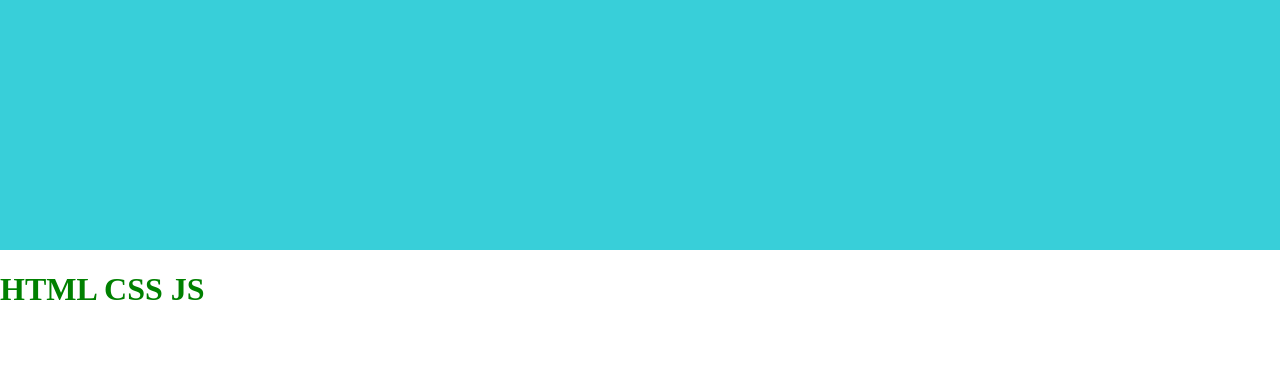
Repository: ufanodev/responsive-1
Page: index.html
The author's editor kept a copy of each file at every save. The page is drawn from the files as they stood at one save, then again after the next save.
The browser window is 1280 px wide. The pictures show the whole page.

Above is the page before, as saved 2022-12-09 21:07:23.
Not found: js/app.js

After the next save:
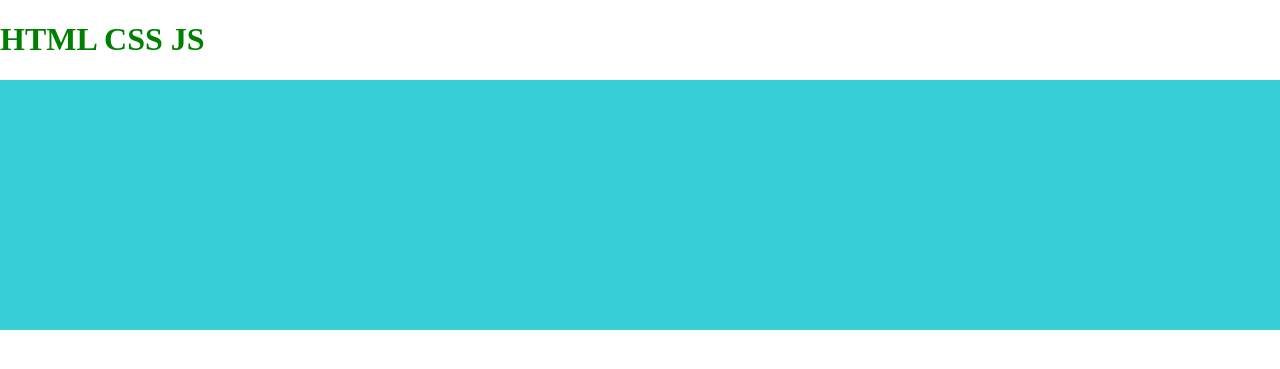
Saved 34 s later.
--- a/index.html
+++ b/index.html
@@ -7,12 +7,14 @@
     <title>HTML Responsive</title>
     <link rel="stylesheet" href="./css/style.css">
   </head>
+  <header>
+    <h1>HTML CSS JS</h1>
+  </header>
   <body>
     <div class="parent">
         <div class="child">
         </div>
     </div>
-    <h1>HTML CSS JS</h1>
 	<script src="./js/app.js"></script>
   </body>
 </html>
